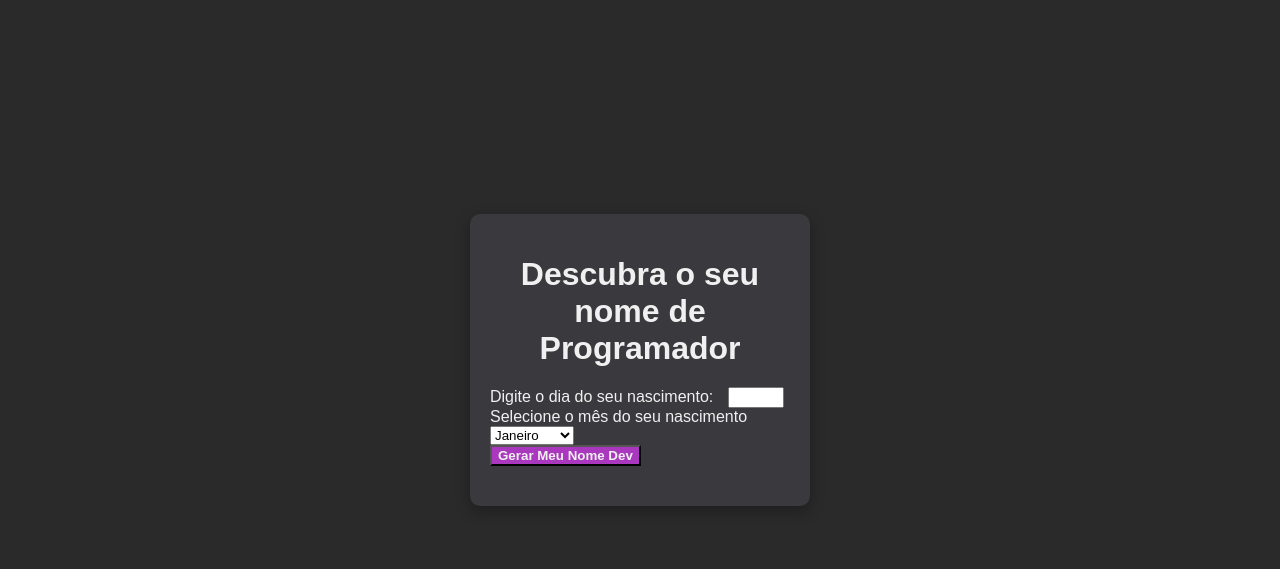
Repository: analessp/seu-nome-dev
Page: index.html
These files come from the project's save history. The page is drawn as it stood at one moment and after the next save; the edit follows.
The browser window is 1280 px wide. The pictures show the whole page.

Above is the page before, as saved 2025-05-13 11:30:58.

### index.html
<!DOCTYPE html>
<html lang="pt-BR">
<head>
    <meta charset="UTF-8">
    <meta name="viewport" content="width=device-width, initial-scale=1.0">
    <title>Seu Nome Dev</title>
    <link rel="stylesheet" href="styles.css">
</head>
<body>
    <div class="container">
        <h1>Descubra o seu nome de Programador</h1>
        <div class="form-group">
            <label for="dia">Digite o dia do seu nascimento:</label>
            <input type="number" id="dia" min="1" max="31">
        </div>
        <div class="form-group">
            <label for="mes">Selecione o mês do seu nascimento</label>
            <select id="mes">
                <option value="1">Janeiro</option>
                <option value="2">Fevereiro</option>
                <option value="3">Março</option>
                <option value="4">Abril</option>
                <option value="5">Maio</option>
                <option value="6">Junho</option>
                <option value="7">Julho</option>
                <option value="8">Agosto</option>
                <option value="9">Setembro</option>
                <option value="10">Outubro</option>
                <option value="11">Novembro</option>
                <option value="12">Dezembro</option>
            </select>
        </div>
        <button onclick="gerarNomeDev()">Gerar Meu Nome Dev</button>
        <div class="resultado" id="resultado"></div>
    </div>
    <script src="app.js"></script>
</body>
</html>

### styles.css
body {
    background-color: #2a2a2a;
    color: #f0f0f0;
    font-family: "Nunito", sans-serif;
    display: flex;
    justify-content: center;
    align-items: center;
    height: 100vh;
    margin: 0;
}

.container {
    background-color: #3a3a3e;
    padding: 20px;
    border-radius: 10px;
    box-shadow: 0px 5px 15px rgba(0, 0, 0, 0.3);
    width: 300px;
}

h1 {
    text-align: center;
    margin-bottom: 20px;
}

.form-group label {
    flex: 1;
    margin-right: 10px;
    text-align: center;
}

.form-group input,
.form-group select, {
    flex: 2;
    padding: 8px;
    border-radius: 5px
    border: none;
    outline: none;
}

button {
    background-color: #aa38be;
    color: #f0f0f0;
    font-weight: bold;
    transition: background-color 0.3s;
}

button:hover {
    background-color: #e27cd3;
}

.resultado {
    margin-top: 20px;
    font-size: 1.2rem;
    font-weight: bold;
    color: #8b14c7;
}

### app.js
function gerarNomeDev() {
    const dia = parseInt(document.getElementById("dia").value);
    const mes = parseInt(document.getElementById("mes").value);
    const resultado = document.getElementById("resultado");

    if (isNaN(dia) || dia < 1 || dia > 31) {
        resultado.textContent = "Insira um dia válido.";
        return;
    }

    const títulos = {
    1: "Desenvolvedor(a)",
    2: "Desenvolvedor(a)",
    3: "Programador(a)",
    4: "Programador(a)",
    5: "Programador(a)",
    6: "Estagiário(a)",
    7: "Estagiário(a)",
    8: "EEstagiário(a)",
    9: "Sênior",
    0: "Sênior",
};

const meses = {
    1: "bugado(a)",
    2: "do CTRL C, CTRL V",
    3: "das gambiarras",
    4: "que culpa o cache",
    5: "que esquece o que faz",
    6: "do git vazio",
    7: "das try/ catch vazia",
    8: "famosinho do LinkedIn",
    9: "caçador de bugs",
    10: "do Windows Pirata",
    11: "do update sem where",
    12: "do commit bugado",
};

const ultimoDigito = dia % 10;
const titulo = títulos[ultimoDigito];
const mesTexto = meses[mes];

resultado.textContent = `${titulo} ${mesTexto}`;

}

After the next save:
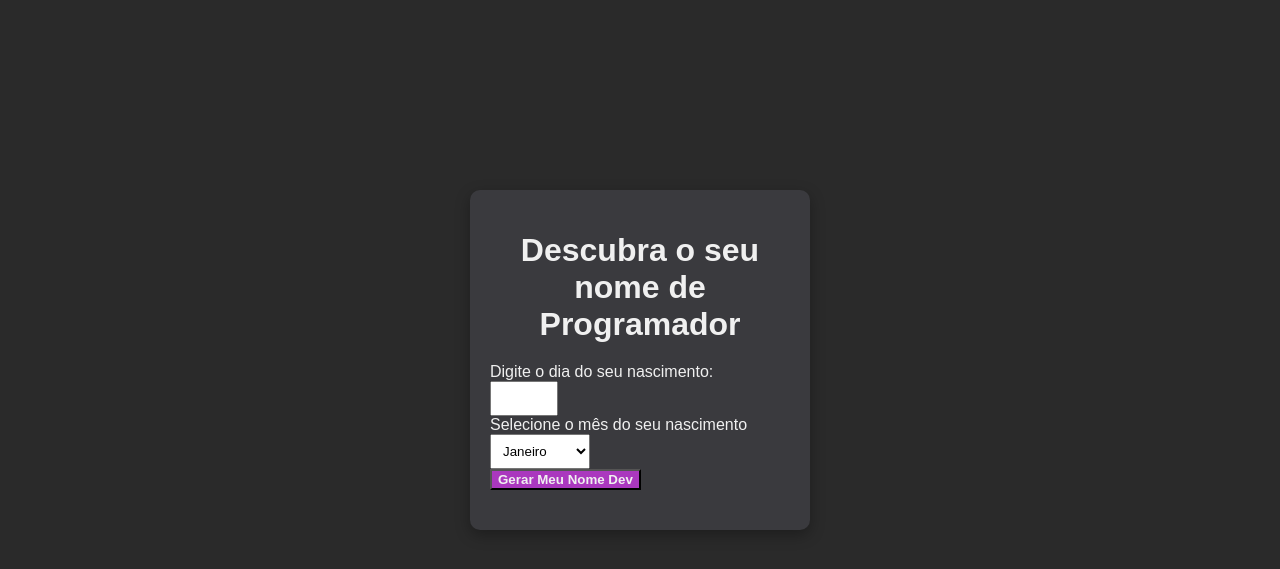
Saved 9 s later.
--- a/styles.css
+++ b/styles.css
@@ -29,7 +29,7 @@ h1 {
 }
 
 .form-group input,
-.form-group select, {
+.form-group select {
     flex: 2;
     padding: 8px;
     border-radius: 5px
